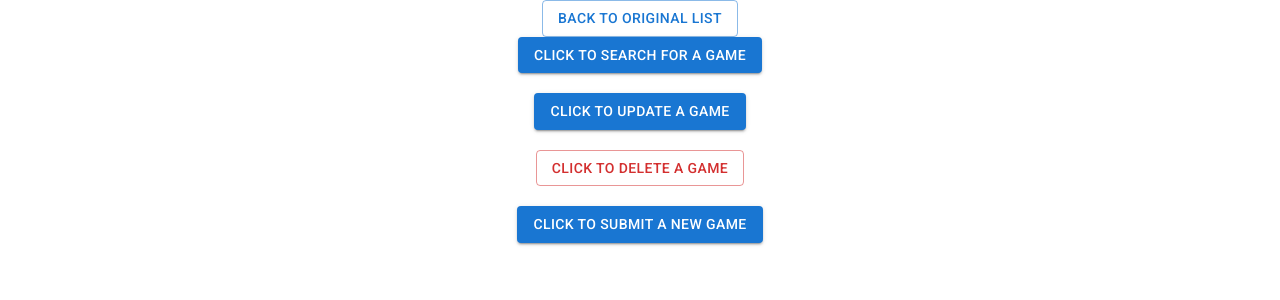
Repository: The-Software-Guild/assessment-2-react-nj10deadend
Page: / (app in Part-2/React-section/frontend/)
An editor plug-in stored every save of this project. The page is shown before and after the next save, followed by the edit.
The browser window is 1280 px wide. The pictures show the whole page.
The page's requests for data from a server got no answer. The project was rebuilt for these pictures with package versions that can differ from the ones it lists, and the page was loaded fresh each time. No one was signed in, and anything a server would have sent is missing. Also part of the build but not shown: Part-2/React-section/frontend/src/components/GameCards.js.

Above is the page before, as saved 2021-12-19 23:02:04.

### Part-2/React-section/frontend/public/index.html
<!DOCTYPE html>
<html lang="en">
  <head>
    <meta charset="utf-8" />
    <link rel="icon" href="%PUBLIC_URL%/favicon.ico" />
    <meta name="viewport" content="width=device-width, initial-scale=1" />
    <meta name="theme-color" content="#000000" />
    <meta name="viewport" content="initial-scale=1, width=device-width" />
    <meta
      name="description"
      content="Web site created using create-react-app"
    />
    <link rel="apple-touch-icon" href="%PUBLIC_URL%/logo192.png" />
    <!--
      manifest.json provides metadata used when your web app is installed on a
      user's mobile device or desktop. See https://developers.google.com/web/fundamentals/web-app-manifest/
    -->
    <link rel="manifest" href="%PUBLIC_URL%/manifest.json" />
    <!--
      Notice the use of %PUBLIC_URL% in the tags above.
      It will be replaced with the URL of the `public` folder during the build.
      Only files inside the `public` folder can be referenced from the HTML.

      Unlike "/favicon.ico" or "favicon.ico", "%PUBLIC_URL%/favicon.ico" will
      work correctly both with client-side routing and a non-root public URL.
      Learn how to configure a non-root public URL by running `npm run build`.
    -->
    <link
      rel="stylesheet"
      href="https://fonts.googleapis.com/css?family=Roboto:300,400,500,700&display=swap"
    />
    <link
      rel="stylesheet"
      href="https://fonts.googleapis.com/icon?family=Material+Icons"
    />
    <title>React App</title>
  </head>
  <body>
    <noscript>You need to enable JavaScript to run this app.</noscript>
    <div id="root"></div>
    <!--
      This HTML file is a template.
      If you open it directly in the browser, you will see an empty page.

      You can add webfonts, meta tags, or analytics to this file.
      The build step will place the bundled scripts into the <body> tag.

      To begin the development, run `npm start` or `yarn start`.
      To create a production bundle, use `npm run build` or `yarn build`.
    -->
  </body>
</html>

### Part-2/React-section/frontend/src/index.css
body {
  margin: 0;
  font-family: -apple-system, BlinkMacSystemFont, 'Segoe UI', 'Roboto', 'Oxygen',
    'Ubuntu', 'Cantarell', 'Fira Sans', 'Droid Sans', 'Helvetica Neue',
    sans-serif;
  -webkit-font-smoothing: antialiased;
  -moz-osx-font-smoothing: grayscale;
}

code {
  font-family: source-code-pro, Menlo, Monaco, Consolas, 'Courier New',
    monospace;
}

.imgs {
  height: 300px;
  width: 300px;
  border-radius: 5px;
}
.game-cards {
  border-color: lightblue;
  border-style: outset;
}
.divider {
  border-top: 1px dotted lightblue;
}
.bttns {
  size: 30px;
}

#outlined-basic1 {
  height: 7px;
  width: 200px;
}
#outlined-basic2 {
  height: 7px;
  width: 200px;
}
#outlined-basic3 {
  height: 7px;
  width: 200px;
}
#outlined-basic4 {
  height: 7px;
  width: 200px;
}
#outlined-basic5 {
  height: 7px;
  width: 200px;
}
#outlined-basic6 {
  height: 7px;
  width: 200px;
}
#outlined-basic7 {
  height: 7px;
  width: 200px;
}
#outlined-basic8 {
  height: 7px;
  width: 200px;
}

### Part-2/React-section/frontend/src/App.js
import './App.css';
import Home from './components/Home';
import AddGameForm from './components/AddGameForm';
import GameSearch from './components/GameSearch';
import UpdateGame from './components/UpdateGame';
import DeleteGame from './components/DeleteGame';
import axios from 'axios';
import {useState, useEffect} from 'react';
import Container from '@mui/material/Container';
import Typography from '@mui/material/Typography';

// import {Container} from '@mui/material';
import Button from '@mui/material/Button';

function App() {

  const [gameData, setGameData] = useState([]);

  function getFetchGameServer () {
    axios.get(`http://localhost:8080/allGames`)
      .then(res => {
        setGameData(res.data)
      })

  }

  useEffect(getFetchGameServer, []);

  return (
    <Container fluid className="App">


      <Button variant="outlined"onClick={getFetchGameServer}>Back to Original List</Button>
      <GameSearch setGameData={setGameData}/>
      <br></br>
      <UpdateGame getFetchGameServer={getFetchGameServer}/>
      <br></br>
      <DeleteGame getFetchGameServer={getFetchGameServer} />
      <br></br>
      <AddGameForm setGameData={setGameData}/>
      <br></br>


      <Home gameData={gameData}/>

    </Container>

  );
}

export default App;

### Part-2/React-section/frontend/src/components/Home.js
import GameCards from "./GameCards";


function Home ({gameData}) {

    const renderGameData = gameData.map(eachGame => {
        return (
            <GameCards key={eachGame._id} eachGame={eachGame} />
        )
    })
    return (
        <div>
            {renderGameData}

        </div>
    )
}

export default Home;

### Part-2/React-section/frontend/src/components/AddGameForm.js
import {useState, useEffect} from 'react';
import axios from 'axios';
import Button from '@mui/material/Button';
import SendIcon from '@mui/icons-material/Send';
import TextField from '@mui/material/TextField';


function AddGameForm ({setGameData}) {

    const [clicked, setClicked] = useState(false);
    const [submitted, setSubmitted] = useState(false);
    const [name, setName] = useState("");
    const [img, setImg] = useState("");
    const [crossPlatform, setCrossPlatform] = useState("");
    const [price, setPrice] = useState("");
    const [genres, setGenres] = useState(["", "", ""]);
    const buttonText = clicked ? "Hide Submission Form" : "Click to Submit a New Game"

    function postRequest() {
        return axios.post('http://localhost:8080/allGames', {
            name: name,
            img: img,
            cross_platform: crossPlatform,
            price: price,
            genres: genres
        })
        .then(function (response) {
            console.log(response);
            return response.data;
        })
        .catch(function (error) {
            console.log(error);
            return null;
        });
    }

    async function onSubmit(event) {
        event.preventDefault();
        setName("");
        setImg("");
        setCrossPlatform("");
        setPrice("");
        setGenres(["", "", ""]);
        const newGame = await postRequest();
        setGameData((oldInfo)=> {
            // console.log(oldInfo)
            return [...oldInfo, newGame]
        })
    }

    return (
        <div>
            <Button className="bttns" variant="contained" onClick={() => {setClicked(!clicked)}}>{buttonText}</Button>
            {clicked && (
                <form onSubmit={onSubmit}>
                <div>
                    <label for="name">Name</label>
                    <br></br>
                    <br></br>
                    <TextField id="outlined-basic2" label="Enter name"
                    variant="outlined"
                    onChange={(event) => {setName(event.target.value)}}
                    value = {name}
                    />
                </div>
                <div>
                    <label for="img">Image Url</label>
                    <br></br>
                    <br></br>
                    <TextField id="outlined-basic3" label="Enter Image URL"
                    variant="outlined"
                    onChange={(event) => {setImg(event.target.value)}}
                    value = {img}
                    />
                </div>
                <div>
                    <label for="cross platform">Cross Platform</label>
                    <br></br>
                    <br></br>
                    <TextField id="outlined-basic4" label="Enter True or False"
                    variant="outlined"
                    onChange={(event) => {setCrossPlatform(event.target.value)}}
                    value = {crossPlatform}
                    />
                </div>
                <div>
                    <label for="price">Price</label>
                    <br></br>
                    <br></br>
                    <TextField id="outlined-basic5" label="Enter price of game"
                    variant="outlined"
                    onChange={(event) => {setPrice(event.target.value)}}
                    value = {price}
                    />
                </div>
                <div>
                    <label for="genres">Genres</label>
                    <br></br>
                    <br></br>
                    <TextField id="outlined-basic6" label="Enter first genre category"
                    variant="outlined"
                    onChange={(event) => {setGenres([event.target.value, genres[1], genres[2]])}}
                    value = {genres[0]}
                    />
                    <br></br>
                    <br></br>
                    <TextField id="outlined-basic7" label="Enter second genre category"
                    variant="outlined"
                    onChange={(event) => {setGenres([genres[0], event.target.value, genres[2] ])}}
                    value = {genres[1]}
                    />
                    <br></br>
                    <br></br>
                    <TextField id="outlined-basic8" label="Enter third genre category"
                    variant="outlined"
                    onChange={(event) => {setGenres([genres[0], genres[1], event.target.value])}}
                    value = {genres[2]}
                    />

                </div>
                <Button variant="contained" endIcon={<SendIcon />} type="submit">Submit new Game</Button>

            </form>
            )}


        </div>
    )
}

export default AddGameForm;

### Part-2/React-section/frontend/src/components/GameSearch.js
import {useState} from 'react';
import axios from 'axios';
import Button from '@mui/material/Button';
import TextField from '@mui/material/TextField';

function GameSearch ({setGameData}) {

    const [searchId, setSearchId] = useState("");
    const [clicked, setClicked] = useState(false);

    const searchGameText = clicked ? "Hide Search Form" : "Click to Search for a Game"

    function getFetchOneGame () {
        axios.get(`http://localhost:8080/allGames/${searchId}`)
          .then(res => {
            setGameData([res.data])
        })

    }

    function onSearch(event) {
        event.preventDefault()
        setSearchId("");
        getFetchOneGame();
    }

    return (
        <div>
            <Button className="bttns" variant="contained" onClick={() => {setClicked(!clicked)}}>{searchGameText}</Button>
            {clicked && (
                <form onSubmit={onSearch}>
                    <br></br>
                    <TextField id="outlined-basic" label="Search for game by Entering its ID"
                    variant="outlined"
                    onChange={(event) => {setSearchId(event.target.value)}}
                    value = {searchId}
                    />
                    <br></br>
                    <Button variant="outlined" type="submit">Search</Button>
                </form>
            )}
        </div>
    )
}

export default GameSearch;

### Part-2/React-section/frontend/src/components/UpdateGame.js
import {useState} from 'react';
import axios from 'axios';
import Button from '@mui/material/Button';
import Box from '@mui/material/Box';
import TextField from '@mui/material/TextField';
import SendIcon from '@mui/icons-material/Send';



function UpdateGame ({getFetchGameServer}) {
    const [name, setName] = useState("");
    const [img, setImg] = useState("");
    const [crossPlatform, setCrossPlatform] = useState("");
    const [price, setPrice] = useState("");
    const [genres, setGenres] = useState(["", "", ""]);

    const [clicked, setClicked] = useState(false);
    const [searchId, setSearchId] = useState("");

    const updateButtonText = clicked ? "Hide Update Form" : "Click to Update a Game"

    async function patchRequest () {
        await axios.patch(`http://localhost:8080/allGames/update/${searchId}`,  {
            name: name,
            img: img,
            cross_platform: crossPlatform,
            price: price,
            genres: genres
        })
    }

    async function updateChanges (event) {
        event.preventDefault();
        await patchRequest();
        getFetchGameServer();
        setSearchId("");
        setName("");
        setImg("");
        setCrossPlatform("");
        setPrice("");
    }
    return (
        <Box sx={{ borderRadius: '50%' }}>
            <Button className="bttns"variant="contained" onClick={() => {setClicked(!clicked)}}>{updateButtonText}</Button>
            {clicked && (
                <div>
                    <br></br>
                    <form onSubmit={updateChanges}>
                        <div>
                            <label for="game-id">Game ID</label>
                            <br></br>
                            <br></br>
                            <TextField id="outlined-basic1" label="Enter ID of Game you want to update"
                            variant="outlined"
                            onChange={(event) => {setSearchId(event.target.value)}}
                            value = {searchId}
                            />
                        </div>
                        <div>
                            <label for="name">Name</label>
                            <br></br>
                            <br></br>
                            <TextField id="outlined-basic2" label="Enter name"
                            variant="outlined"
                            onChange={(event) => {setName(event.target.value)}}
                            value = {name}
                            />
                        </div>
                        <div>
                            <label for="img">Image Url</label>
                            <br></br>
                            <br></br>
                            <TextField id="outlined-basic3" label="Enter Image URL"
                            variant="outlined"
                            onChange={(event) => {setImg(event.target.value)}}
                            value = {img}
                            />
                        </div>
                        <div>
                            <label for="cross platform">Cross Platform</label>
                            <br></br>
                            <br></br>
                            <TextField id="outlined-basic4" label="Enter True or False"
                            variant="outlined"
                            onChange={(event) => {setCrossPlatform(event.target.value)}}
                            value = {crossPlatform}
                            />
                        </div>
                        <div>
                            <label for="price">Price</label>
                            <br></br>
                            <br></br>
                            <TextField id="outlined-basic5" label="Enter price of game"
                            variant="outlined"
                            onChange={(event) => {setPrice(event.target.value)}}
                            value = {price}
                            />
                        </div>
                        <div>
                            <label for="genres">Genres</label>
                            <br></br>
                            <br></br>
                            <TextField id="outlined-basic6" label="Enter first genre category"
                            variant="outlined"
                            onChange={(event) => {setGenres([event.target.value, genres[1], genres[2]])}}
                            value = {genres[0]}
                            />
                            <br></br>
                            <br></br>
                            <TextField id="outlined-basic7" label="Enter second genre category"
                            variant="outlined"
                            onChange={(event) => {setGenres([genres[0], event.target.value, genres[2] ])}}
                            value = {genres[1]}
                            />
                            <br></br>
                            <br></br>
                            <TextField id="outlined-basic8" label="Enter third genre category"
                            variant="outlined"
                            onChange={(event) => {setGenres([genres[0], genres[1], event.target.value])}}
                            value = {genres[2]}
                            />

                        </div>
                        <Button variant="contained" endIcon={<SendIcon />} type="submit">Submit Changes</Button>

                    </form>
                </div>
            )}


        </Box>
    )
}

export default UpdateGame;

### Part-2/React-section/frontend/src/components/DeleteGame.js
import axios from 'axios';
import {useState} from 'react';
import Button from '@mui/material/Button';
import DeleteIcon from '@mui/icons-material/Delete';
import TextField from '@mui/material/TextField';


function DeleteGame ({getFetchGameServer}) {

    const [searchId, setSearchId] = useState("");
    const [clicked, setClicked] = useState(false);

    const deleteText = clicked ? "Hide Delete Form" : "Click to Delete A Game"

    async function deleteGame () {
        await axios.delete(`http://localhost:8080/allGames/delete/${searchId}`)
    }

    async function onSubmit (event) {
        event.preventDefault();
        await deleteGame();
        getFetchGameServer();
        setSearchId("");

    }
    return (
        <div>
            <Button className="bttns" variant="outlined" color="error" onClick={() => {setClicked(!clicked)}}>{deleteText}</Button>
            {clicked && (
                <form onSubmit={onSubmit}>
                    <br></br>
                    <div>
                    <TextField id="outlined-basic" label="Enter ID of game you want deleted"
                    variant="outlined"
                    onChange={(event) => {setSearchId(event.target.value)}}
                    value = {searchId}
                    />
                    </div>
                    <br></br>
                    <div>
                        <Button type="submit" variant="outlined" color="error" startIcon={<DeleteIcon />}>Delete Game</Button>
                    </div>
                </form>
            )}

        </div>
    )
}
export default DeleteGame;

Loaded but not shown: Part-2/React-section/frontend/src/index.js (common file); Part-2/React-section/frontend/src/reportWebVitals.js (common file); Part-2/React-section/frontend/src/App.css (common file)

After the next save:
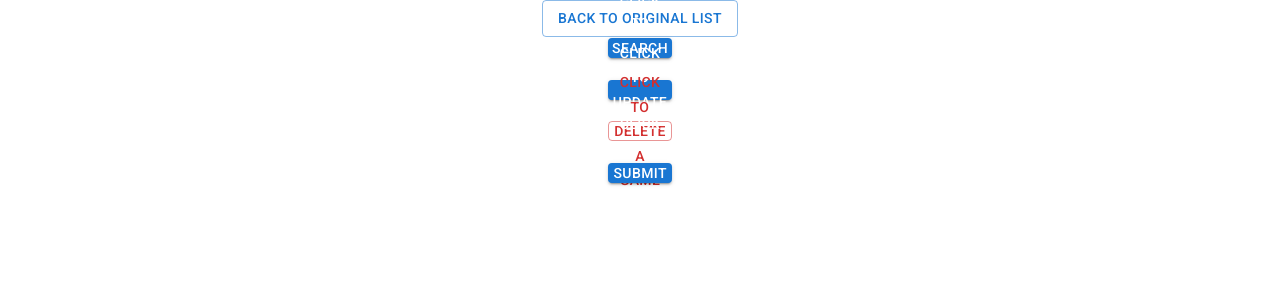
Saved 21 s later.
--- a/Part-2/React-section/frontend/src/index.css
+++ b/Part-2/React-section/frontend/src/index.css
@@ -25,7 +25,8 @@ code {
   border-top: 1px dotted lightblue;
 }
 .bttns {
-  size: 30px;
+  height: 20px;
+  width: 20px;
 }
 
 #outlined-basic1 {
